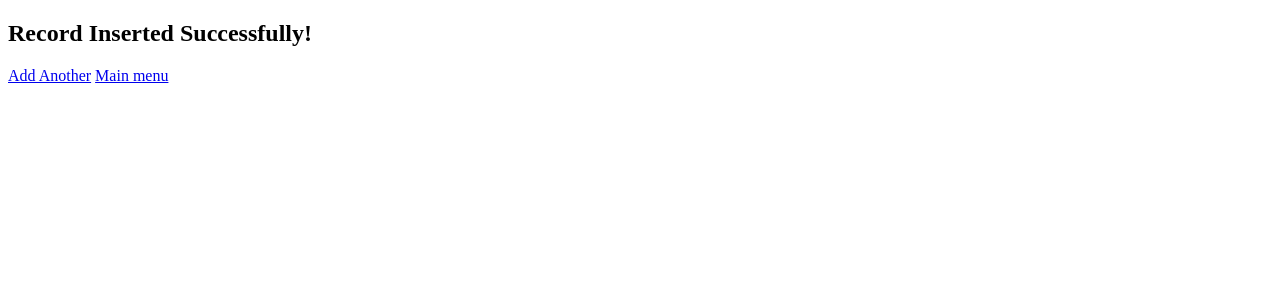
Repository: akaashbytes/Hotel-Room-Reservation-System
Page: HotelReservationSystem/src/main/webapp/success.html
These files come from the project's save history. The page is drawn as it stood at one moment and after the next save; the edit follows.
The browser window is 1280 px wide. The pictures show the whole page.

Above is the page before, as saved 2026-02-13 04:24:14.

After the next save:
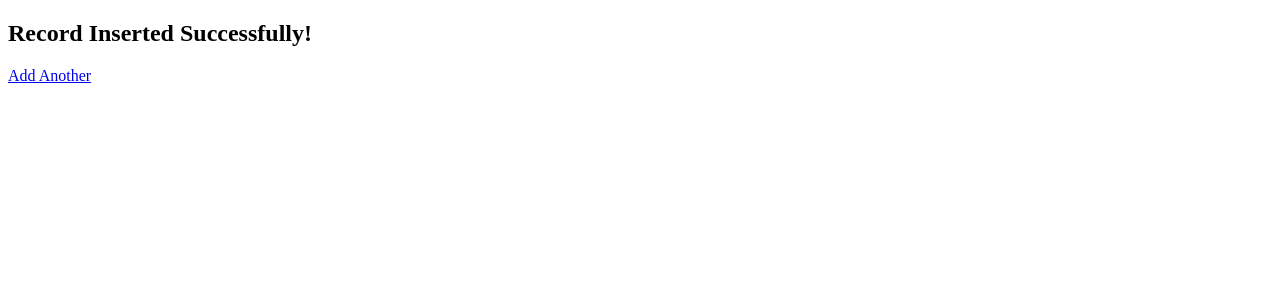
Saved 2 min 34 s later.
--- a/HotelReservationSystem/src/main/webapp/success.html
+++ b/HotelReservationSystem/src/main/webapp/success.html
@@ -6,6 +6,6 @@
 <body>
 <h2>Record Inserted Successfully!</h2>
 <a href="addRoomReservation.jsp">Add Another</a>
-<a href="addRoomReservation.jsp">Main menu</a>
+
 </body>
 </html>
